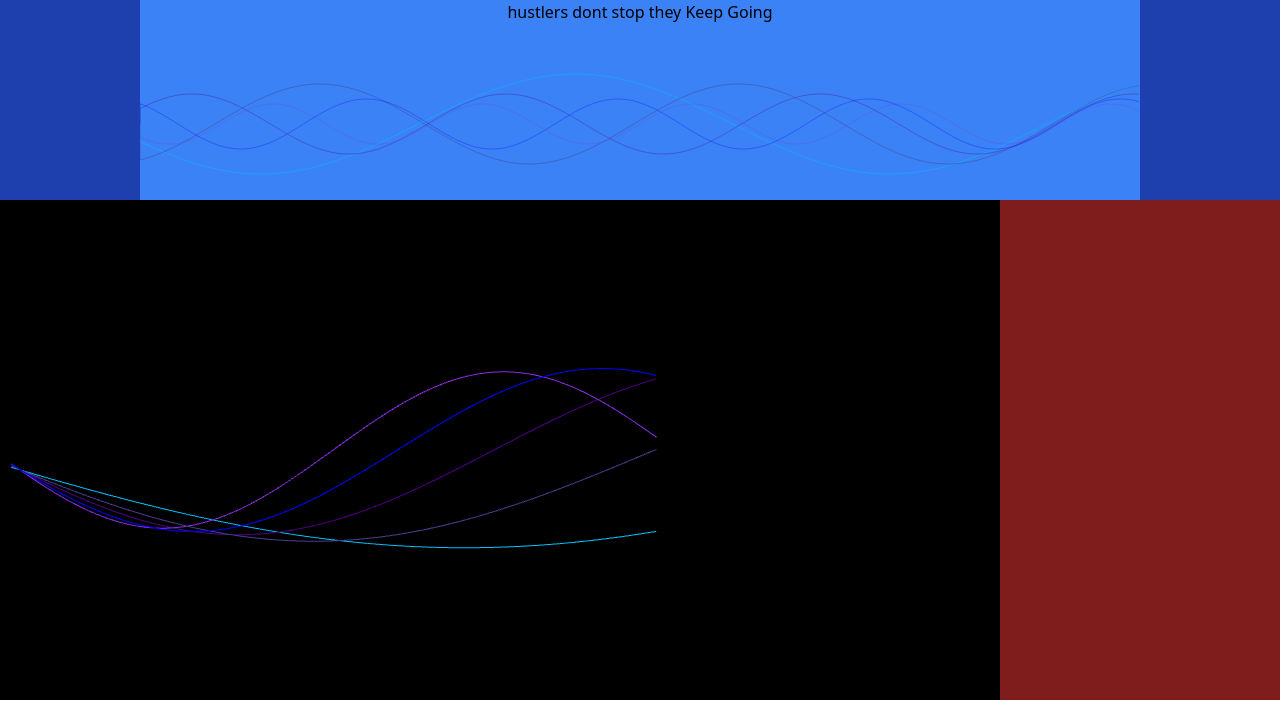
Repository: TMuse333/quantum-experiments
Page: /
An editor plug-in stored every save of this project. The page is shown before and after the next save, followed by the edit.
The browser window is 1280 px wide. The pictures show the whole page.
The project was rebuilt for these pictures with package versions that can differ from the ones it lists, and the page was loaded fresh each time. Also part of the build but not shown: vite.config.ts.

Above is the page before, as saved 2024-06-08 18:28:58.

### src/App.tsx
import { useState } from 'react'
import reactLogo from './assets/react.svg'
import viteLogo from '/vite.svg'
import './App.css'
import SineWave from './components/sineWave/sineWave'
import ThreeJSWave from './components/sineWave/threeeJsWave/threeJsWave'

function App() {
  const [count, setCount] = useState(0)

  return (
    <>
    <div className='bg-blue-800 absolute top-0 left-0
    flex items-center flex-col justify-center w-screen'>


     <SineWave/>
     <ThreeJSWave/>
     </div>
    </>
  )
}

export default App

### src/components/sineWave/sineWave.tsx
import React, { useRef, useEffect } from 'react';

const SineWave: React.FC = () => {
  const canvasRef = useRef<HTMLCanvasElement | null>(null);

  useEffect(() => {
    const canvas = canvasRef.current;
    if (!canvas) return;

    const c = canvas.getContext('2d');
    if (!c) return;

    const waves = [
      {
        amplitude: 50,
        frequency: 0.01,
        speed: 0.02,
        xOffset: 0,
        color: 'rgba(0, 191, 255, 0.5)', // Sky Blue
      },
      {
        amplitude: 30,
        frequency: 0.02,
        speed: 0.03,
        xOffset: 0,
        color: 'rgba(75, 0, 130, 0.3)', // Indigo
      },
      {
        amplitude: 20,
        frequency: 0.03,
        speed: 0.04,
        xOffset: 0,
        color: 'rgba(138, 43, 226, 0.2)', // Blue Violet
      },
      {
        amplitude: 40,
        frequency: 0.015,
        speed: 0.025,
        xOffset: 0,
        color: 'rgba(72, 61, 139, 0.4)', // Dark Slate Blue
      },
      {
        amplitude: 25,
        frequency: 0.025,
        speed: 0.035,
        xOffset: 0,
        color: 'rgba(0, 0, 255, 0.3)', // Blue
      },
    ];

    const resizeHandler = () => {
      canvas.width = canvas.parentElement?.clientWidth ?? window.innerWidth;
      canvas.height = canvas.parentElement?.clientHeight ?? window.innerHeight;
    };

    window.addEventListener('resize', resizeHandler);
    resizeHandler();

    const draw = () => {
      c.clearRect(0, 0, canvas.width, canvas.height);
      waves.forEach((wave) => {
        c.beginPath();
        c.moveTo(0, canvas.height / 2);
        for (let x = 0; x < canvas.width; x++) {
          const y = canvas.height / 2 + Math.sin(x * wave.frequency + wave.xOffset) * wave.amplitude;
          c.lineTo(x, y);
        }
        c.strokeStyle = wave.color;
        c.stroke();
        wave.xOffset += wave.speed;
      });
      requestAnimationFrame(draw);
    };

    draw();

    return () => {
      window.removeEventListener('resize', resizeHandler);
    };
  }, []);

  return (
    <div className='w-screen bg-blue-500 relative h-[200px] max-w-[1000px] ml-auto mr-auto'>
        <h1>hustlers dont stop they Keep Going</h1>
      <canvas className='h-full w-full' ref={canvasRef} />
    </div>
  );
};

export default SineWave;

### src/components/sineWave/threeeJsWave/threeJsWave.tsx
import React, { useRef, useEffect } from 'react';
import * as THREE from 'three';

const ThreeJSWave: React.FC = () => {
  const containerRef = useRef<HTMLDivElement | null>(null);
  const frameId = useRef<number | null>(null);

  useEffect(() => {
    const container = containerRef.current;
    if (!container) return;

    const scene = new THREE.Scene();
    const camera = new THREE.PerspectiveCamera(75, container.clientWidth / container.clientHeight, 0.1, 1000);
    const renderer = new THREE.WebGLRenderer({ antialias: true });

    renderer.setSize(container.clientWidth, container.clientHeight);
    container.appendChild(renderer.domElement);

    // Adjust camera position to the left
    camera.position.set(-2.5, 0, 5);

    // Create waves
    const createWaveMesh = (amplitude: number, frequency: number, color: number, segments: number) => {
      const geometry = new THREE.BufferGeometry();
      const positions = new Float32Array(segments * 3);

      for (let i = 0; i < segments; i++) {
        positions[i * 3] = (i / segments) * 10 - 10; // Adjust x-position to the left
        positions[i * 3 + 1] = 0; // y
        positions[i * 3 + 2] = 0; // z
      }

      geometry.setAttribute('position', new THREE.BufferAttribute(positions, 3));

      const material = new THREE.LineBasicMaterial({ color });
      const line = new THREE.Line(geometry, material);

      return { line, amplitude, frequency, offset: 0 };
    };

    const waves = [
      createWaveMesh(1.5, 0.02, 0x00bfff, 100), // Sky Blue
      createWaveMesh(1.3, 0.04, 0x4b0082, 100), // Indigo
      createWaveMesh(1.2, 0.06, 0x8a2be2, 100), // Blue Violet
      createWaveMesh(1.4, 0.03, 0x483d8b, 100), // Dark Slate Blue
      createWaveMesh(1.25, 0.05, 0x0000ff, 100), // Blue
    ];

    waves.forEach(wave => scene.add(wave.line));

    const animate = () => {
      waves.forEach(wave => {
        const positions = wave.line.geometry.attributes.position.array as Float32Array;
        for (let i = 0; i < positions.length / 3; i++) {
          positions[i * 3 + 1] = Math.sin(i * wave.frequency + wave.offset) * wave.amplitude;
        }
        wave.line.geometry.attributes.position.needsUpdate = true;
        wave.offset += 0.01;
      });

      renderer.render(scene, camera);
      frameId.current = requestAnimationFrame(animate);
    };

    animate();

    const handleResize = () => {
      if (container) {
        camera.aspect = container.clientWidth / container.clientHeight;
        camera.updateProjectionMatrix();
        renderer.setSize(container.clientWidth, container.clientHeight);
      }
    };

    window.addEventListener('resize', handleResize);

    return () => {
      if (frameId.current !== null) {
        cancelAnimationFrame(frameId.current);
      }
      window.removeEventListener('resize', handleResize);
      container.removeChild(renderer.domElement);
    };
  }, []);

  return (
    <div className='w-screen bg-red-900'>
      <div className='w-full h-[500px] max-w-[1000px] mr-auto bg-red-400' ref={containerRef}></div>
    </div>
  );
};

export default ThreeJSWave;

Loaded but not shown: index.html (common file); src/main.tsx (common file); src/index.css (common file); src/App.css (common file); tailwind.config.js (common file)

After the next save:
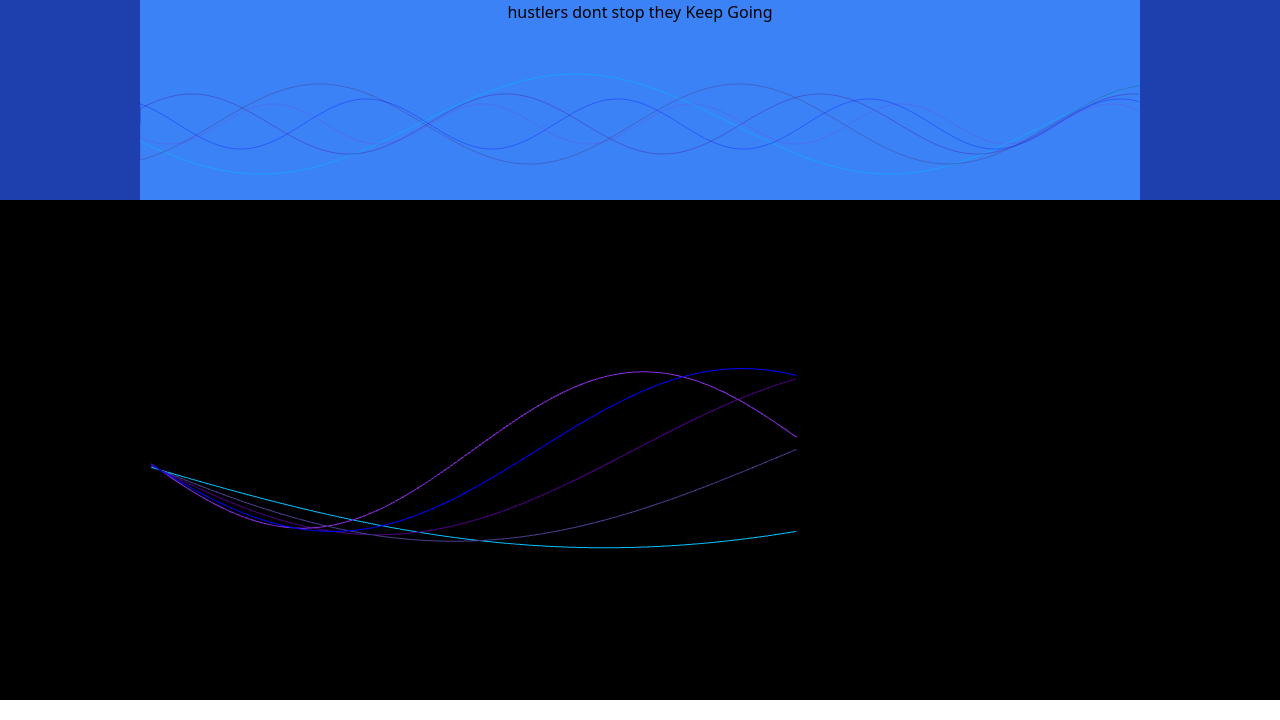
Saved 25 s later.
--- a/src/components/sineWave/threeeJsWave/threeJsWave.tsx
+++ b/src/components/sineWave/threeeJsWave/threeJsWave.tsx
@@ -85,7 +85,7 @@ const ThreeJSWave: React.FC = () => {
 
   return (
     <div className='w-screen bg-red-900'>
-      <div className='w-full h-[500px] max-w-[1000px] mr-auto bg-red-400' ref={containerRef}></div>
+      <div className='w-full h-[500px]  mr-auto bg-red-400' ref={containerRef}></div>
     </div>
   );
 };
